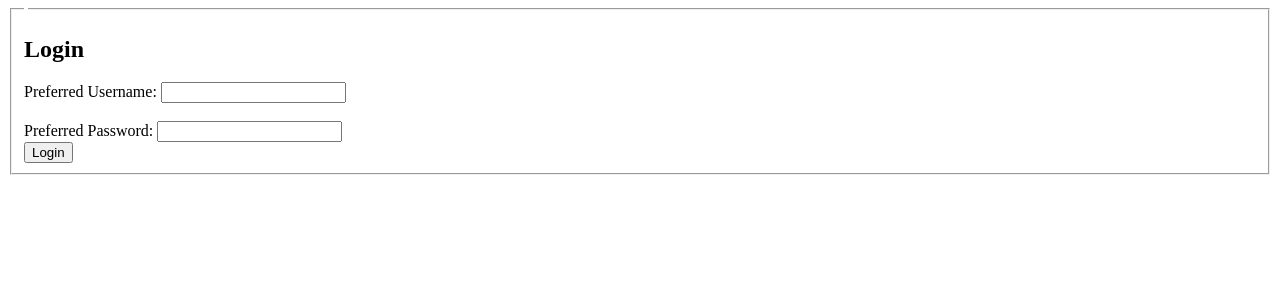
Repository: hizeetech/First-Assignment
Page: login.html
The author's editor kept a copy of each file at every save. The page is drawn from the files as they stood at one save, then again after a run of saves.
The browser window is 1280 px wide. The pictures show the whole page.

Above is the page before, as saved 2024-11-09 04:10:16.

### login.html
<!-- login.html -->
<!DOCTYPE html>
<html lang="en">
<head>
    <meta charset="UTF-8">
    <meta name="viewport" content="width=device-width, initial-scale=1.0">
    <title>Login Page</title>
</head>
<body>
    <div>
        <fieldset>
            <legend></legend>
        <h2>Login</h2>
        <form action="login.php" method="POST">
            <div>
                <label for="username">Preferred Username:</label>
                <input type="text" id="username" name="username" required>
            </div>
            <br>
            <div>
                <label for="password">Preferred Password:</label>
                <input type="password" id="password" name="password" required>
            </div>
            <button type="submit">Login</button>
        </form>
        </fieldset>
    </div>
</body>
</html>

After the next 3 saves:
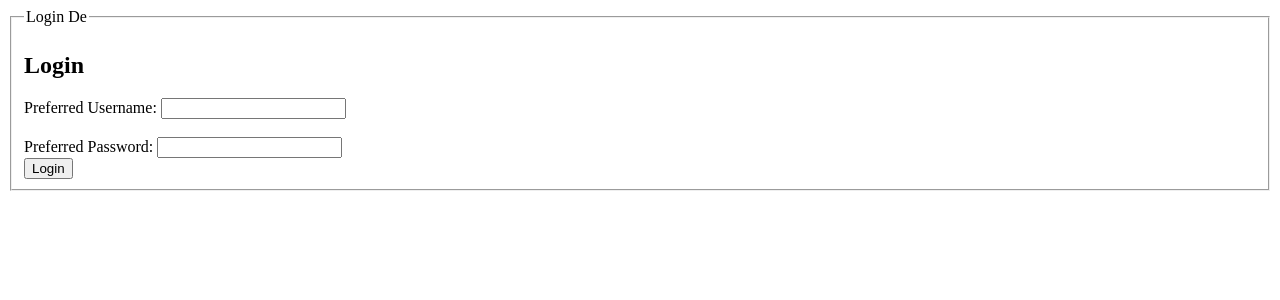
The 3 saves are shown as one change because they came seconds apart.
The last was saved 14 s later.
--- a/login.html
+++ b/login.html
@@ -9,7 +9,7 @@
 <body>
     <div>
         <fieldset>
-            <legend></legend>
+            <legend>Login De</legend>
         <h2>Login</h2>
         <form action="login.php" method="POST">
             <div>
